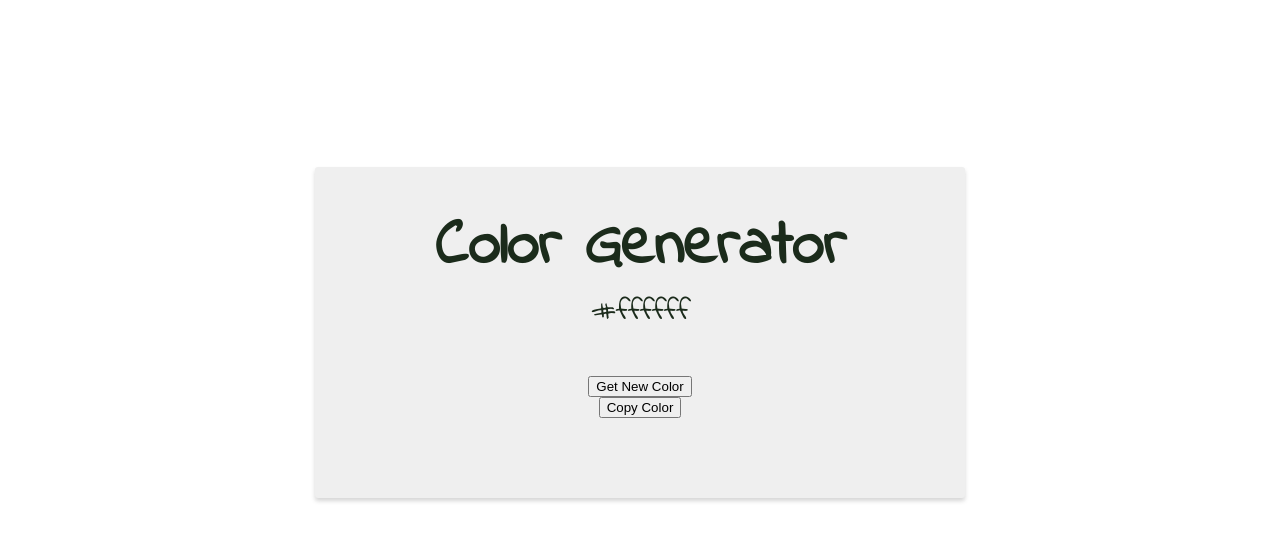
Repository: codimis/JSB-01-Color-Changer
Page: index.html
The author's editor kept a copy of each file at every save. The page is drawn from the files as they stood at one save, then again after a run of saves.
The browser window is 1280 px wide. The pictures show the whole page.

Above is the page before, as saved 2021-09-17 01:48:44.

### index.html
<!DOCTYPE html>
<html lang="en">
<head>
    <meta charset="UTF-8">
    <meta http-equiv="X-UA-Compatible" content="IE=edge">
    <meta name="viewport" content="width=device-width, initial-scale=1.0">
    <title>Color Generator</title>
    <link rel="stylesheet" href="style.css" />
    <script defer src="color.js"></script>
</head>
<body>
    <div class="container">
        <h1>Color Generator</h1>
        <p id="currentColor">#ffffff</p>
        <button id="pickColor" onclick="setColor()">Get New Color</button>
        <button id="copyColor" onclick="copyColor()">Copy Color</button></div>
</body>
</html>

### style.css
@import url('https://fonts.googleapis.com/css2?family=Indie+Flower&display=swap');

:root {
    --color-dark: #1b2b1b;
    --color-light: #efefef;
}

body {
    color: var(--color-dark);
    display: grid;
    font-family: "Indie Flower", sans-serif;
    font-size: 2.5rem;
    min-height: 90vh;
    min-width: 90vw;
    place-items: center;
}

.container {
    align-items: center;
    background-color: var(--color-light);
    border-radius: 3px;
    box-shadow: 0 3px 4px rgba(50, 50, 50, .2);
    display: flex;
    flex-direction: column;
    padding: 2em 3em;
    position: relative;
}

.alert {
    position: absolute;
    top: -50px;
    background-color: var(--color-light);
    padding: 8px 12px;
    box-shadow: 0 3px 4px rgba(50, 50, 50, .2);
}

.alert::after {
    border-color: var(--color-light) transparent transparent transparent;
    border-style: solid;
    border-width: 7px 7px 0 7px;
    bottom: -7px;
    content: "";
    left: 50%;
    position: absolute;
    transform: translateX(-50%);
}

h1 {
    font-size: 4rem;
    line-height: 1px;
    margin: 0;
    padding: 0;
}

#currentColor {
    text-align: center;
    font-size: 2rem;
    line-height: 2;
}

Loaded but not shown: color.js (no stored copy; drawn as an empty file)

After the next 2 saves:
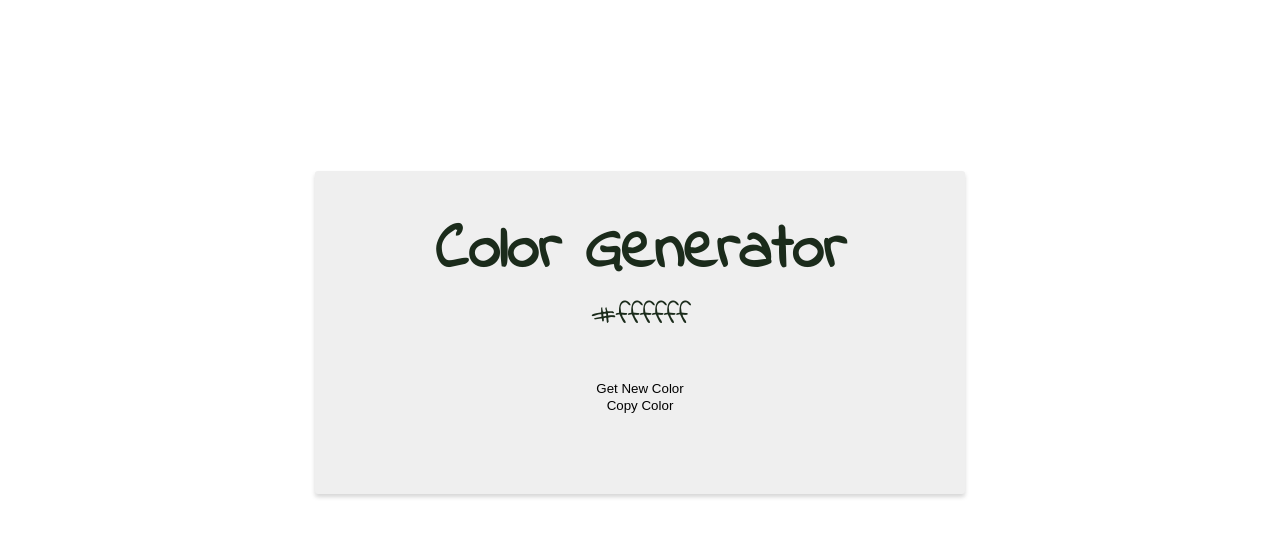
The 2 saves are shown as one change because they came seconds apart.
The last was saved 50 s later.
--- a/style.css
+++ b/style.css
@@ -57,3 +57,8 @@ h1 {
     font-size: 2rem;
     line-height: 2;
 }
+
+#pickColor, #copyColor {
+    border: 0;
+    outline: 0;
+}
